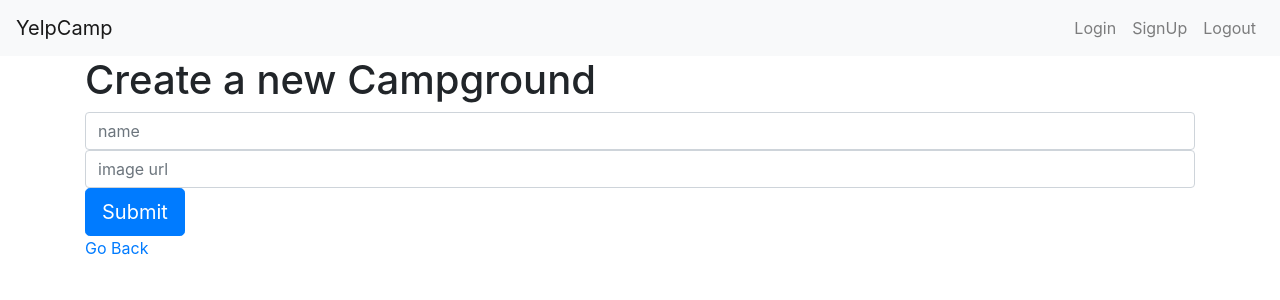
Repository: ninad1999/Yelp-Camp
Page: http://localhost/campgrounds/new
The author's editor kept a record of every edit. The page is drawn from the files as they stood at one moment, then again after the next edit.
The browser window is 1280 px wide. The pictures show the whole page.
The page is served by the project's Node server (V1/app.js).

Above is the page before.

### workspace/V1/views/new.ejs
<% include partials/header %>


<div class="container">
    <h1>Create a new Campground</h1>
    <form action="/campgrounds" method="POST">
        <input class="form-control" type="text" name="name" placeholder="name">
        <input class="form-control" type="text" name="image" placeholder="image url">
        <button class="btn btn-lg btn-primary">Submit</button>
    </form>

    <a href="/campgrounds">Go Back</a>
</div>

<% include partials/footer %>

### workspace/V1/views/partials/header.ejs
<!DOCTYPE html>
<html>
    <head>
        <title>YelpCamp</title>
        <link rel="stylesheet" href="https://stackpath.bootstrapcdn.com/bootstrap/4.1.3/css/bootstrap.min.css">
    </head>
    <body>
        <nav class="navbar navbar-expand-lg navbar-light bg-light">
          <a class="navbar-brand" href="\">YelpCamp</a>
          <button class="navbar-toggler" type="button" data-toggle="collapse" data-target="#navbarSupportedContent" aria-controls="navbarSupportedContent" aria-expanded="false" aria-label="Toggle navigation">
            <span class="navbar-toggler-icon"></span>
          </button>

          <div class="collapse navbar-collapse" id="navbarSupportedContent">
            <ul class="navbar-nav mr-auto">
            </ul>
            <ul class="navbar-nav navbar-right">
                <li class="nav-item">
                    <a class="nav-link" href="#">Login</a>
                </li>
                <li class="nav-item">
                    <a class="nav-link" href="#">SignUp</a>
                </li>
                <li class="nav-item">
                    <a class="nav-link" href="#">Logout</a>
                </li>
            </ul>
          </div>
        </nav>

### workspace/V1/app.js
var express = require("express");
var app = express();
var bodyParser = require("body-parser");

app.use(bodyParser.urlencoded({extended: true}));
app.set("view engine", "ejs");

var campgrounds = [
   {name: "Salmon Creek", image: "https://farm8.staticflickr.com/7564/16034358725_fe2dde7f2e.jpg"},
   {name: "Granite Hill", image: "https://farm4.staticflickr.com/3146/2980811752_4b0df9d215.jpg"},
   {name: "Mountain Goat's Rest", image: "https://farm4.staticflickr.com/3832/9603531635_e348167e39.jpg"},
   {name: "Salmon Creek", image: "https://farm8.staticflickr.com/7564/16034358725_fe2dde7f2e.jpg"},
   {name: "Granite Hill", image: "https://farm4.staticflickr.com/3146/2980811752_4b0df9d215.jpg"},
   {name: "Mountain Goat's Rest", image: "https://farm4.staticflickr.com/3832/9603531635_e348167e39.jpg"},
   {name: "Salmon Creek", image: "https://farm8.staticflickr.com/7564/16034358725_fe2dde7f2e.jpg"},
   {name: "Granite Hill", image: "https://farm4.staticflickr.com/3146/2980811752_4b0df9d215.jpg"},
   {name: "Mountain Goat's Rest", image: "https://farm4.staticflickr.com/3832/9603531635_e348167e39.jpg"}
   ];

app.get("/", function(req, res) {
   res.render("landing");
});

// to diplay all the campgrounds
app.get("/campgrounds", function(req, res) {
    res.render("campgrounds", {campgrounds: campgrounds});
});

// post route where you can create a new campgrounds
app.post("/campgrounds", function(req, res) {
   var name = req.body.name;
   var image = req.body.image;
   var newCampground = {name:name, image:image};
   campgrounds.push(newCampground);

   res.redirect("/campgrounds");
});

// this route should show the route that will send the data to the post route
app.get("/campgrounds/new", function(req, res) {
    res.render("new");
});

app.listen(process.env.PORT, process.env.IP, function() {
    console.log("The YelpCamp server has started!");
});

Loaded but not shown: workspace/V1/views/partials/footer.ejs (common file)

After the next edit:
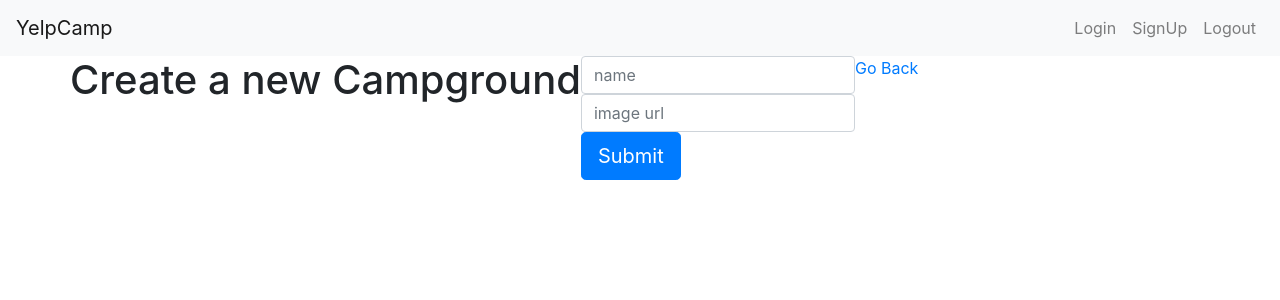
The edit:
--- a/workspace/V1/views/new.ejs
+++ b/workspace/V1/views/new.ejs
@@ -1,15 +1,16 @@
 <% include partials/header %>
 
+<div class="container">
+    <div class="row">
+        <h1>Create a new Campground</h1>
+        <form action="/campgrounds" method="POST">
+            <input class="form-control" type="text" name="name" placeholder="name">
+            <input class="form-control" type="text" name="image" placeholder="image url">
+            <button class="btn btn-lg btn-primary">Submit</button>
+        </form>
 
-<div class="container">
-    <h1>Create a new Campground</h1>
-    <form action="/campgrounds" method="POST">
-        <input class="form-control" type="text" name="name" placeholder="name">
-        <input class="form-control" type="text" name="image" placeholder="image url">
-        <button class="btn btn-lg btn-primary">Submit</button>
-    </form>
-
-    <a href="/campgrounds">Go Back</a>
+        <a href="/campgrounds">Go Back</a>
+    </div>
 </div>
 
 <% include partials/footer %>

After the edit that followed:
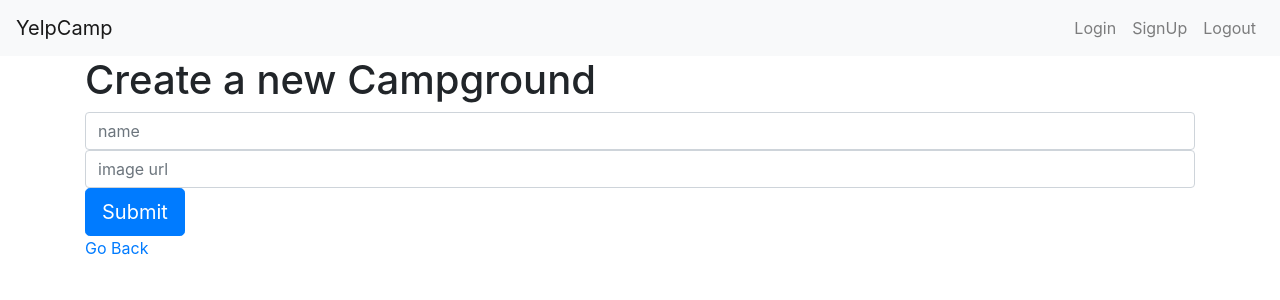
The edit:
--- a/workspace/V1/views/new.ejs
+++ b/workspace/V1/views/new.ejs
@@ -1,7 +1,7 @@
 <% include partials/header %>
 
 <div class="container">
-    <div class="row">
+    <!--<div class="row">-->
         <h1>Create a new Campground</h1>
         <form action="/campgrounds" method="POST">
             <input class="form-control" type="text" name="name" placeholder="name">
